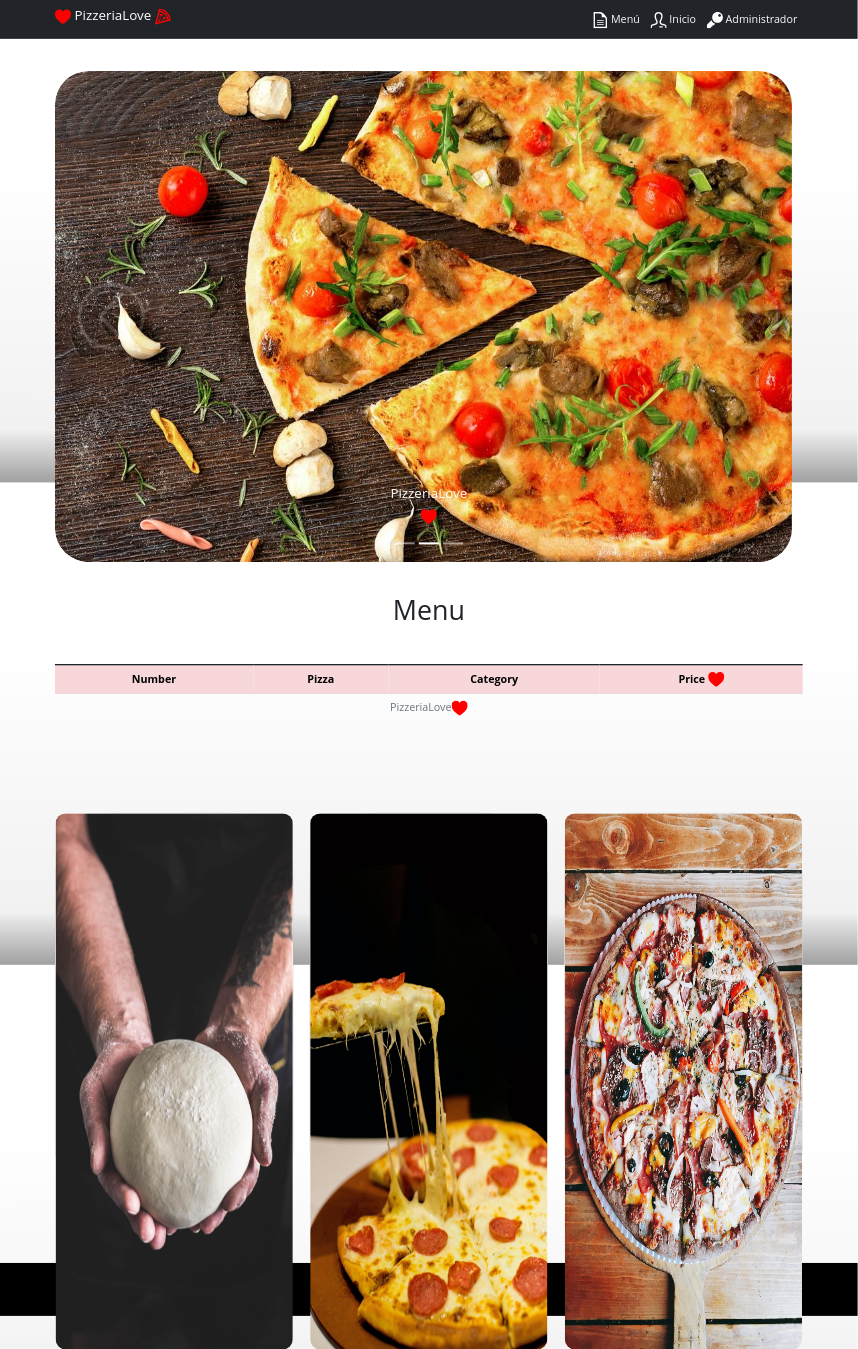
Repository: bechara611/PizzeriaLove
Page: /
An editor plug-in stored every save of this project. The page is shown before and after the next save, followed by the edit.
The browser window is 1280 px wide. The pictures show the whole page, at 67% of full size.
The page's requests for data from a server got no answer. Backgrounds fixed to the window are drawn as part of the page. The project was rebuilt for these pictures with package versions that can differ from the ones it lists, and the page was loaded fresh each time. No one was signed in, and anything a server would have sent is missing. Also part of the build but not shown: src/App.css, src/App.js, src/Componentes/FormularioAgregarMenu.css, src/Elementos/Alerta.js, src/Elementos/AlertaRed.js, src/Componentes/FormularioAgregarMenu.js.

Above is the page before, as saved 2022-02-25 22:26:30.

After the next save:
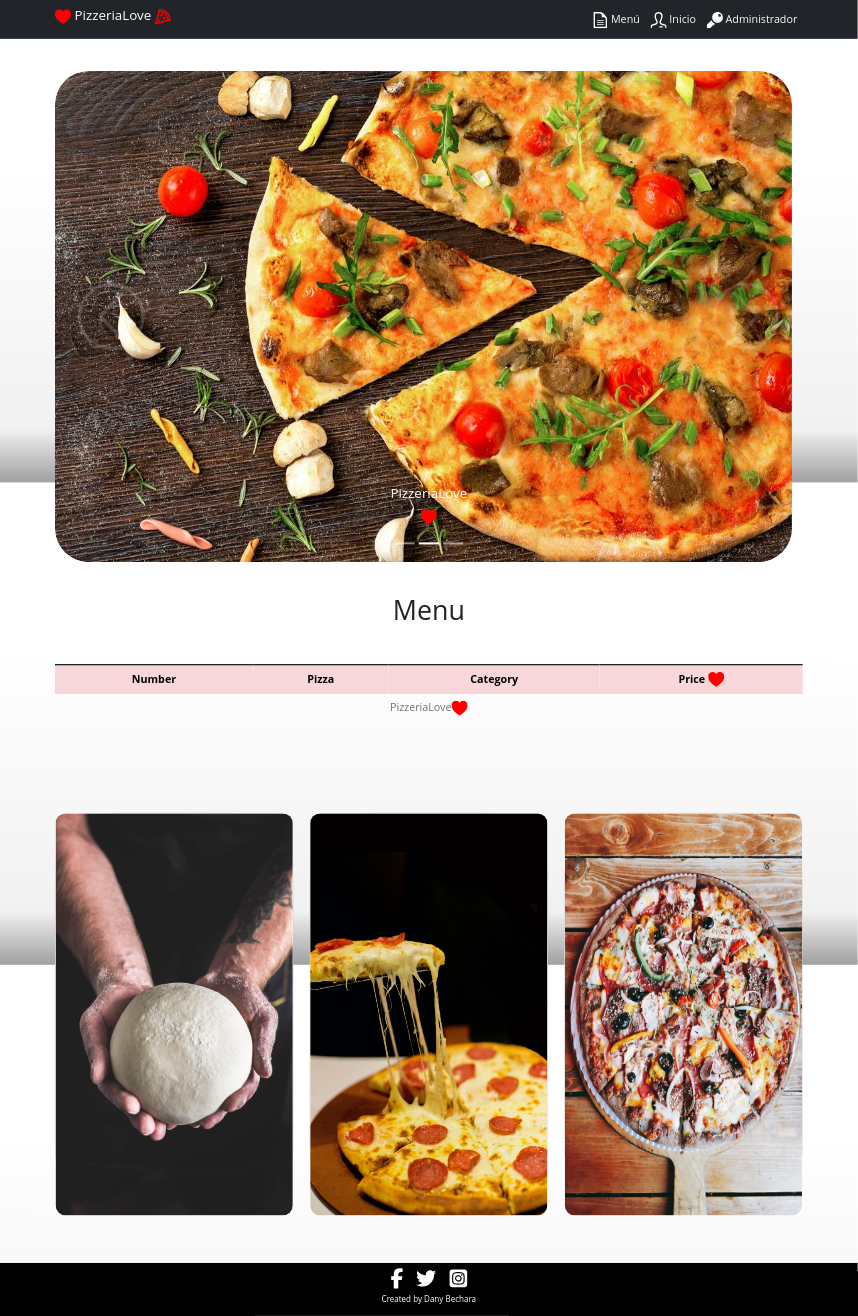
Saved 10 s later.
--- a/src/Componentes/Galeria.css
+++ b/src/Componentes/Galeria.css
@@ -8,8 +8,8 @@
 .cardcitaImagen
 {
     border-radius: 15px;
-    max-height: 780px;
-    min-height: 800px;
+    max-height: 600px;
+    min-height: 600px;
 
 }
 .fila
